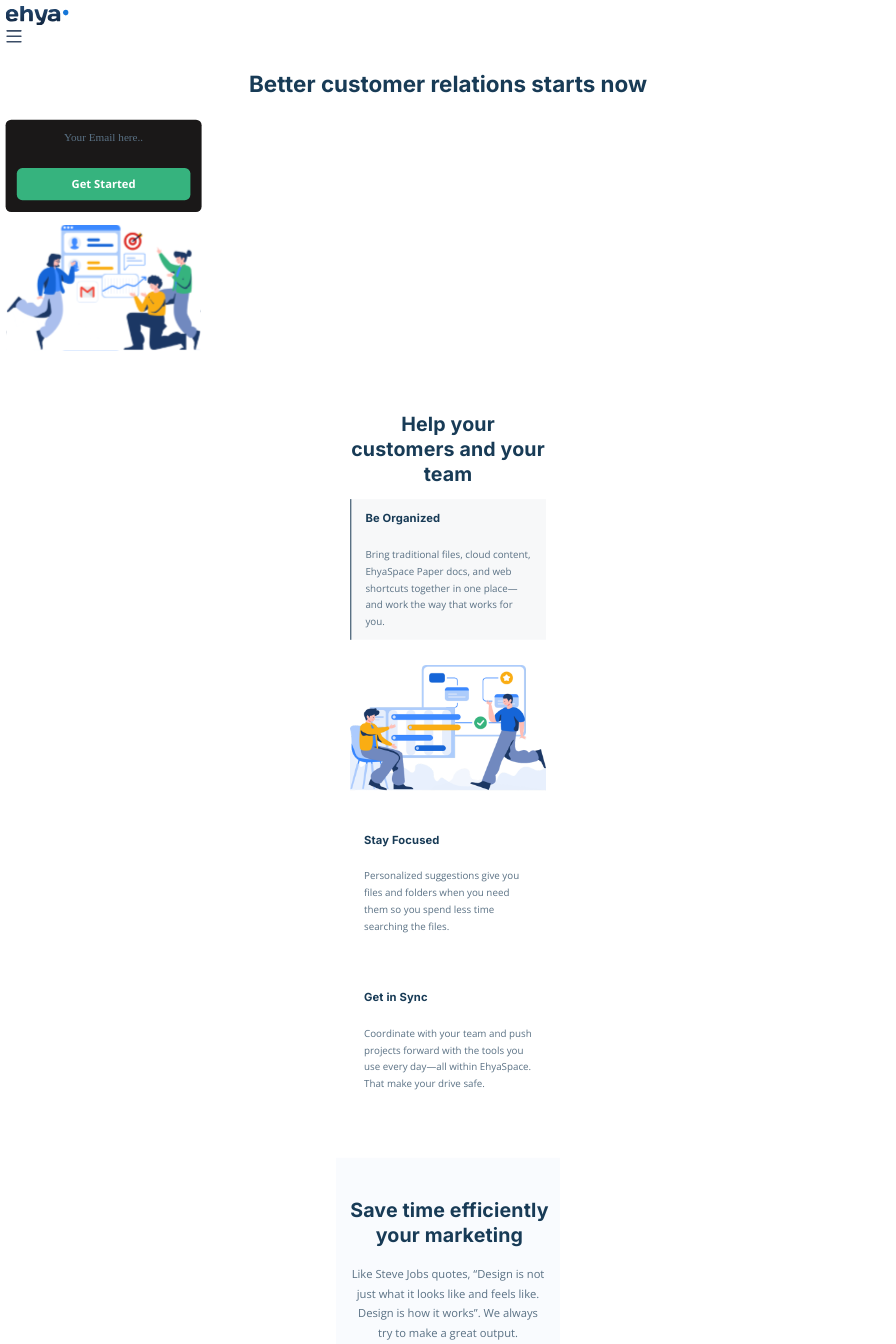
Repository: umlaufissss/provaFront
Page: HTML/index.html
These files come from the project's save history. The page is drawn as it stood at one moment and after the next save; the edit follows.
The browser window is 1280 px wide. The pictures show the part of the page from y = 0 to 1920 px (the page is 3531 px tall), at 70% of full size.
Some web fonts or font styles are not loaded; a fallback is used.

Above is the page before, as saved 2026-06-22 19:32:32.

### HTML/index.html
<!DOCTYPE html>
<html lang="pt-br">
<head>
    <meta charset="UTF-8">
    <meta name="viewport" content="width=device-width, initial-scale=1.0">
    <link rel="stylesheet" href="../CSS/style.css">
    <link href="https://fonts.googleapis.com/css2?family=Inter:ital,opsz,wght@0,14..32,100..900;1,14..32,100..900&family=Montserrat:ital,wght@0,100..900;1,100..900&family=Paytone+One&display=swap" rel="stylesheet">
    <link href="https://fonts.googleapis.com/css2?family=Inter:ital,opsz,wght@0,14..32,100..900;1,14..32,100..900&family=Montserrat:ital,wght@0,100..900;1,100..900&family=Open+Sans:ital,wght@0,300..800;1,300..800&family=Paytone+One&display=swap" rel="stylesheet">

    <title>Prova de Recuperação Front End</title>
</head>
<body>

    <header class="mainGrid">
        <section class="generalCard">

            <section class="topCima">

                <!-- logo -->
                <div class="sonnImg">
                    <img src="/assets/icons/Logo.svg" alt="logo">
                </div>

                <div class="menu">
                    <img src="/assets/icons/ic_Menu (1).svg" alt="menu">
                </div>

            </section>

            <section class="meio">
                <div class="phrase">
                        <h1>Better customer relations starts now<h1>
                </div>

                <div class="card">

                    <p>Your Email here..<p>

                    <button type="button" class="button-submit">Get Started</button>

                </div>

                <div class="imagemTop">
                    <img src="/assets/img/Customer Development.svg" alt="imagemInicio">
                </div>

            </section>




        </section>
    </header>


    <main class="masterBoard">

        <section class="hero" id="teamSuggestions">

            <!-- Aqui a linha não é quebrada como proposto no Figma,
             mas seus valores de width e height são idênticos no CSS
             VEJA: "#teamSuggestions h2" em style.css-->
            <h2>Help your customers and your team</h2>

            <article class="cardSuggestions" id="beOrganized">
                <h3>
                    Be Organized
                </h3>
                <p>
                    Bring traditional files, cloud content,
                    EhyaSpace Paper docs, and web
                    shortcuts together in one
                    place—and work the way that works
                    for you.
                </p>
            </article>

            <img src="../assets/img/Organize Operations.png" alt="Organize Operations with Your Team">

            <article class="cardSuggestions">
                <h3>
                    Stay Focused
                </h3>
                <p>
                    Personalized suggestions give you
                    files and folders when you need
                    them so you spend less time
                    searching the files.
                </p>
            </article>

            <article class="cardSuggestions">
                <h3>Get in Sync</h3>
                <p>
                    Coordinate with your team and push
                    projects forward with the tools you
                    use every day—all within EhyaSpace.
                    That make your drive safe.
                </p>
            </article>
        </section>

    </main>

        <section class="second" id="saveTime">

            <h2>
                Save time efficiently your marketing
            </h2>

            <p>
                Like Steve Jobs quotes, “Design is not
                just what it looks like and feels like.
                Design is how it works”. We always
                try to make a great output.
            </p>

            <a class="btnLearn" href="/">
                <button type="button" aria-label="Click here to learn more">
                    Learn More <img src="../assets/icons/arrow.png">
                </button>
            </a>

            <img class="woman" src="../assets/img/Woman Falling.png" alt="Woman learning marketing">

            <img class="line" id="dotted" src="../assets/img/Line.png">

            <article class="quoteAndries">

                <!-- Aqui a linha não é quebrada como proposto no Figma,
                 mas seus valores de width e height são idênticos no CSS
                 VEJA: "#saveTime .quoteAndries p" em style.css-->
                <p>
                    “In-context messaging lets us form 1:1
                    connections  with our users
                    more efficient.
                </p>

                <h3>Andries Grootoonk</h3>
                <h4>VP Quality Assurance</h4>

                <img src="../assets/img/LogoUnionBank.png" alt="Logo of Union Bank">
            </article>
        </section>

        <section class="third" id="support">
            <h2>We try to give all for our member</h2>
            <p>
                The customer journey differs for
                everybody—whether you use them
                together or on their own, our
                products are flexible enough to pave
                 the path that’s best for you.
            </p>

            <h3>The Support Site</h3>

            <a class="btnSupport" href="/">
                <button type="button" aria-label="Click here to have the full service experience">
                    The full service experience <img src="../assets/icons/whiteArrow.png" alt="White Arrow">
                </button>
            </a>


        </section>

        <footer class="baseboard">
            <section class="principalBaseboard">
                <div class="cardFooter">
                    <h4>Product</h4>
                    <ul>
                        <li><a href="/">Landingpage</a></li>
                        <li><a href="/">Features</a></li>
                        <li><a href="/">Documentation</a></li>
                        <li><a href="/">Referral Program</a></li>
                        <li><a href="/">Pricing</a></li>
                    </ul>
                </div>

                <div class="cardFooter">
                    <h4>Services</h4>
                    <ul>
                        <li><a href="/">Documentation</a></li>
                        <li><a href="/">Design</a></li>
                        <li><a href="/">Themes</a></li>
                        <li><a href="/">Illustrations</a></li>
                        <li><a href="/">UI Kit</a></li>
                    </ul>
                </div>

                <div class="cardFooter">
                    <h4>Company</h4>
                    <ul>
                        <li><a href="/">About</a></li>
                        <li><a href="/">Terms</a></li>
                        <li><a href="/">Privacy Policy</a></li>
                        <li><a href="/">Careers</a></li>
                    </ul>
                </div>

                <div class="cardFooter">
                    <h4>More</h4>
                    <ul>
                        <li><a href="/">Documentation</a></li>
                        <li><a href="/">License</a></li>
                        <li><a href="/">Changelog</a></li>
                    </ul>
                </div>
            </section>

            <section class="bottomBaseboard">

                <div class="mainIcon">
                    <img src="/assets/icons/Logo.svg" alt="Logo 'ehya' do site">
                </div>

                <p>Build a modern and creative website with crealand</p>

                <div class="networkIcons">
                    <article class="icon">
                        <a href="/"><button><img src="/assets/icons/IconG.svg" alt="Ir para página Google"></button></a>
                    </article>

                    <article class="icon">
                        <a href="/"><button><img src="/assets/icons/IconT.svg" alt="Ir para nosso perfil do Twitter"></button></a>
                    </article>

                    <article class="icon">
                        <a href="/"><button><img src="/assets/icons/IconI.svg" alt="Ir para nosso perfil do Instagram"></button></a>
                    </article>

                    <article class="icon">
                        <a href="/"><button><img src="/assets/icons/IconL.svg" alt="Ir para nosso perfil do Linkedin"></button></a>
                    </article>

                    </div>
                </section>
        </footer>
</body>
</html>

### CSS/style.css
:root
{
    --color-white: #FFF;
    --color-vibrant-green: #36B37E;
    --color-bright-gray: #F9FBFE;
    --color-brigther-gray: #F9FBFE;
    --color-navy-blue: #183B56;
    --color-vibrant-dark-blue: #1565D8;
    --color-steel-blue: #5A7184;
    --color-gray: #B3BAC5;
    --color-dotted-line: #9DAAB6;
    --color-light-green: #EBF8F3;

    /*Opacidade*/
    --color-steel-blue-opacity10: rgba(179, 186, 197, 0.1);
}

*
{
    box-sizing: border-box;
}

.mainGrid
{
    margin: 0px;
    color: var(--color-light-green);

}

/* logo*/
.soonImg img{
  display: flex;
  justify-content: space-between;
  align-items: center;
  margin:0px;
}


.meio .phrase h1{
    font-family: "Inter" , sans-serif;
    color: #183B56;
    font-weight: 300 ;

    font-family: Inter;
    font-weight: 700;
    font-size: 32px;
    text-align: center;

}

.card{
    display: grid;
    text-align: center;
    background-color: rgb(26, 24, 24);
    color: #5A7184;

    width: 280px;
    height: 132px;
    top: 206px;
    left: 20px;


    border-radius: 8px;
    justify-content: center;
    align-items: center;
}


.card button{
    font-family: Open Sans;
    background-color: #36B37E;
    color: white;

    height: 46px;
    width: 248px;
    border: 0px;
    border-radius: 8px;

    font-weight: 700;
    font-size: 16px;


}

.meio .imagemTop img{
    width: 280px;
    height: 180px;

    margin: 18px 0 18px;

}



.masterBoard
{
    padding: 0 20px;
    background-color: var(--color-white);

    width: 320px;
    justify-self: center;
}

#teamSuggestions
{
    display: flex;
    flex-direction: column;
    justify-self: center;

    padding: 64px 0 56px;
}
#teamSuggestions h2
{
    font-family: "Inter", sans-serif;
    font-weight: 700;
    font-size: 28px;
    line-height: 36px;
    letter-spacing: 0.2px;
    text-align: center;

    color: var(--color-navy-blue);

    margin: 0;

    width: 280px;
    height: 108px;
}

#teamSuggestions .cardSuggestions
{
    width: 280px;
    height: 201px;
    display: flex;
    flex-direction: column;
    justify-content: center;

    margin: 12px 0;
}

#teamSuggestions .cardSuggestions h3
{
    font-family: "Inter",sans-serif;
    font-weight: 700;
    font-size: 16px;
    line-height: 20px;
    letter-spacing: 0.2px;

    color: var(--color-navy-blue);

    margin-left: 20px;
}

#teamSuggestions .cardSuggestions p
{
    font-family: Open Sans;
    font-weight: 400;
    font-size: 14px;
    line-height: 24px;
    letter-spacing: 0px;

    color: var(--color-steel-blue);
    margin-left: 20px;

    width: 240px;
}

#teamSuggestions img
{
    width: 280px;
    height: 180px;

    margin: 18px 0 18px;
}

#teamSuggestions #beOrganized
{

    background-color: var(--color-steel-blue-opacity10);
    border-left: 2px solid var(--color-steel-blue);

    margin: 18px 0;
}

#saveTime
{
    padding: 56px 20px 58px;
    background-color: var(--color-brigther-gray);

    width: 320px;
    display: flex;
    flex-direction: column;
    justify-self: center;
    text-align: center;
}

#saveTime h2
{
    font-family: "Inter", sans-serif;
    font-weight: 700;
    font-size: 28px;
    line-height: 36px;
    letter-spacing: 0.2px;
    text-align: center;

    color: var(--color-navy-blue);

    width: 284px;
    height: 72px;

    margin: 0;
}

#saveTime p
{
    font-family: "Open Sans", sans-serif;
    font-weight: 400;
    font-size: 16px;
    line-height: 28px;
    letter-spacing: 0px;
    text-align: center;

    color: var(--color-steel-blue);

    width: 280px;
    height: 112px;

    margin: 24px 0;
}

#saveTime .btnLearn
{
    display: flex;

    justify-content: center;
    margin-bottom: 34px;

    text-decoration: none;

}

#saveTime .btnLearn button
{
    font-family: "Open Sans", sans-serif;
    font-weight: 700;
    font-size: 16px;
    line-height: 100%;
    letter-spacing: 0px;

    background-color: transparent;
    border: none;
    color: var(--color-vibrant-dark-blue);
}

#saveTime .btnLearn button img
{
    margin-left: x;
}

#saveTime .woman
{
    width: 280px;
    height: 192px;
}

#saveTime #dotted.line
{
    margin: 40px 0 37px;
}

#saveTime .quoteAndries p
{
    font-family: "Open Sans", sans-serif;
    font-weight: 400;
    font-size: 14px;
    line-height: 24px;
    letter-spacing: 0px;
    text-align: center;

    width: 280px;
    height: 72px;

    margin: 0;

    color: var(--color-steel-blue);
}

#saveTime .quoteAndries h3
{
    font-family: "Open Sans", sans-serif;
    font-weight: 600;
    font-size: 16px;
    line-height: 100%;
    letter-spacing: 0px;

    color: var(--color-navy-blue);

    margin: 20px 0 7px;
}

#saveTime .quoteAndries h4
{
    font-family: Open Sans;
    font-weight: 400;
    font-size: 14px;
    line-height: 20px;
    letter-spacing: 0px;
    text-align: center;

    color: var(--color-steel-blue);

    margin: 0 0 20px;
}

#saveTime .quoteAndries img
{
    width: 102.85px;
    height: 34.1px;
}

.cardFooter ul{
    list-style-type: none;
    margin: 15px;
    margin: 0px;
    padding: 0px;

}
.cardFooter a{
    font-family: "Open Sans", sans-serif;
    font-size: 14px;
    color: var(--color-navy-blue);
    text-decoration: none;
}

After the next save:
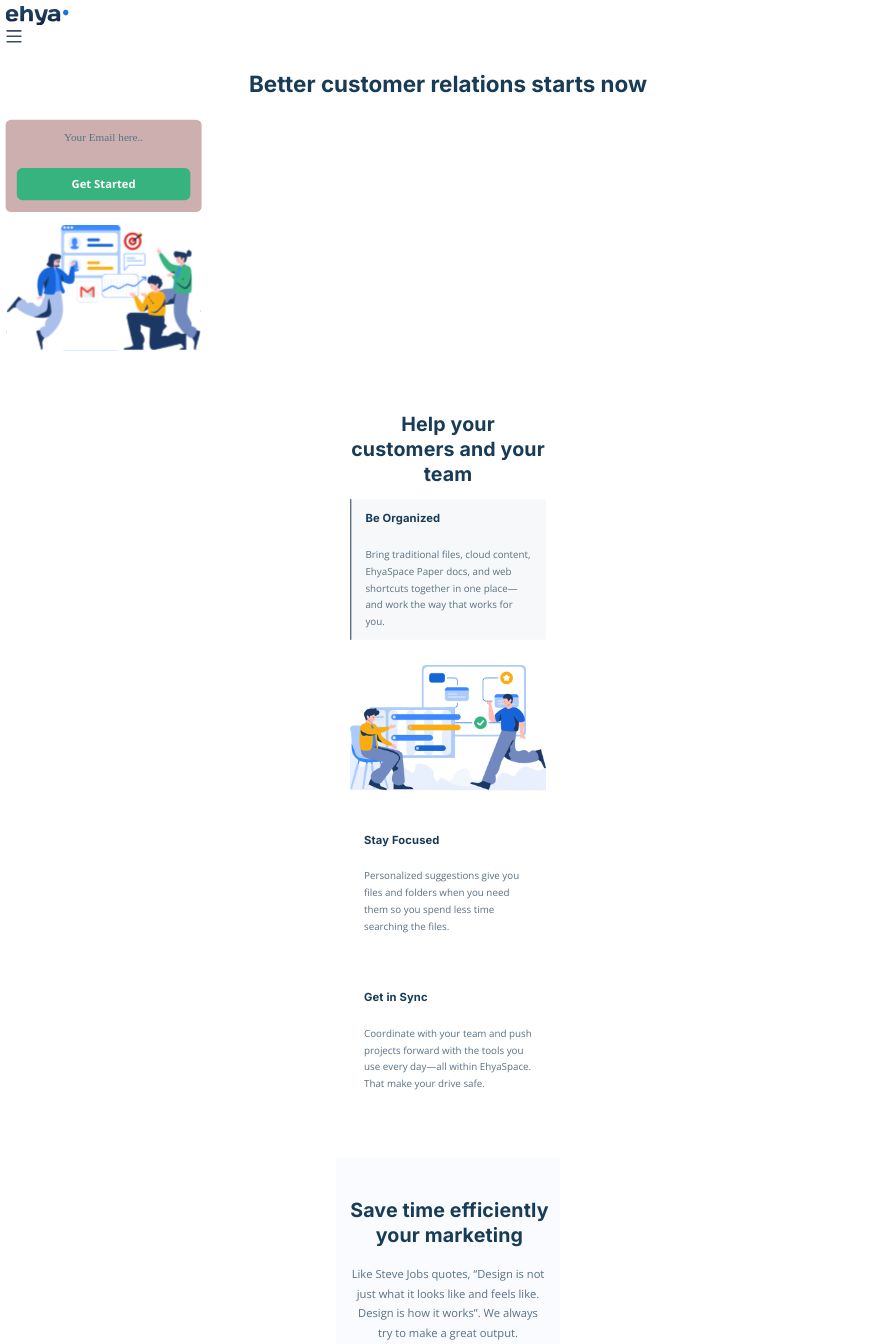
Saved 8 s later.
--- a/CSS/style.css
+++ b/CSS/style.css
@@ -51,7 +51,7 @@
 .card{
     display: grid;
     text-align: center;
-    background-color: rgb(26, 24, 24);
+    background-color: rgb(206, 175, 175);
     color: #5A7184;
 
     width: 280px;
